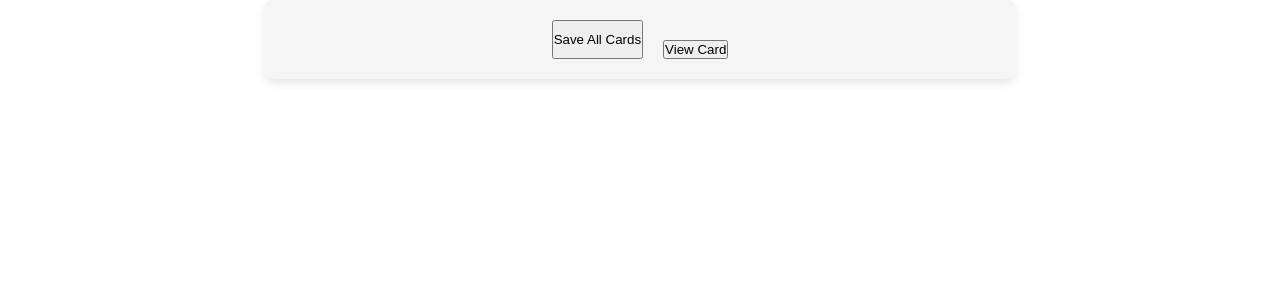
Repository: iamwhiterabbit18/TDF_INTERACTIVE_MAP
Page: /cards
The author's editor kept a copy of each file at every save. The page is drawn from the files as they stood at one save, then again after the next save.
The browser window is 1280 px wide. The pictures show the whole page.
The page's requests for data from a server got no answer. The project was rebuilt for these pictures with package versions that can differ from the ones it lists, and the page was loaded fresh each time. No one was signed in, and anything a server would have sent is missing. Also part of the build but not shown: vite.config.js, src/App.css, src/Pages/Admin/edit/ModalsEdit.jsx, src/Pages/Admin/edit/styles/AudioManagement.module.scss, src/Pages/Admin/edit/AudioUpload.jsx, src/Pages/Admin/edit/AudioManagement.jsx.

Above is the page before, as saved 2024-10-07 17:02:41.

### src/index.js
import React from 'react';
import ReactDOM from 'react-dom/client';
import './index.css';
import App from './Admin.jsx';
import reportWebVitals from './reportWebVitals.js';

import "slick-carousel/slick/slick.css";
import "slick-carousel/slick/slick-theme.css";

const root = ReactDOM.createRoot(document.getElementById('root'));
root.render(
  <React.StrictMode>
    <App />
  </React.StrictMode>
);

// If you want to start measuring performance in your app, pass a function
// to log results (for example: reportWebVitals(console.log))
// or send to an analytics endpoint. Learn more: https://bit.ly/CRA-vitals
reportWebVitals();

### src/index.css
*{
    box-sizing: border-box;
    padding: 0;
    margin: 0;
}

body{
    width: 100vw;
    height: 100vh;
    overflow: auto; /*change from hidden because editing page affected scrolling */
}

### src/Admin.jsx
import { BrowserRouter as Router, Route, Routes } from 'react-router-dom';
import './App.css';
import Cards from './Pages/Admin/edit/CardsEdit';
import Modal from './Pages/Admin/edit/ModalsEdit';
import Audio from './Pages/Admin/edit/AudioManagement';


import 'slick-carousel/slick/slick.css';
import 'slick-carousel/slick/slick-theme.css';


function App() {
  return (
    <Router>
      <Routes>
        <Route path='cards' element={<Cards />} />{/* New route for displaying the CardsEdit */}
        <Route path='/modal' element={<Modal />} /> {/* New route for displaying the ModalsEdit */}
        <Route path='audio' element={<Audio />} /> {/* New route for displaying the Audio Management */}

      </Routes>
    </Router>
  );
}

export default App;

### src/Pages/Admin/edit/CardsEdit.jsx
import React, { useState, useEffect } from 'react';
import './styles/CardsEdit.scss';
//import { useParams } from 'react-router-dom';
import { useNavigate } from 'react-router-dom';
import axios from 'axios';

const Cards = () => {
  //const { id } = useParams(); // Get the card ID from the route
  const [cards, setCards] = useState([]);  // Stores the current card data
  const [originalCards, setOriginalCards] = useState([]); // Stores the original data

  const placeholderImage = "https://via.placeholder.com/150"; // URL for a placeholder image

  // Fetch cards from the database
  const fetchCards = async () => {
    try {
      const response = await axios.get('http://localhost:5000/api/cards');
      const data = response.data;
      // If there are fetched cards, update the state; otherwise, keep initial cards
      if (data.length > 0) {
        setCards(data);
        setOriginalCards(data); // Store the original fetched data
      }
    } catch (error) {
      console.error('Error fetching all cards:', error);
    }
  };

  useEffect(() => {
    fetchCards();
  }, []);

  // Handle image upload for card
  const handleImageUpload = (e, cardId) => {
    const file = e.target.files[0];
    console.log('File selected:', file);

    if (file) {
      const imageUrl = URL.createObjectURL(file); // Create a local URL for the uploaded image
      console.log('Image URL created:', imageUrl);
      // Update the card state with the new image URL
      setCards(prevCards =>
        prevCards.map(card =>
          card._id === cardId ? { ...card, image: imageUrl, file } : card
        )
      );
    } else {
        console.error('No file selected'); // Debugging log
    }
  };
  // Handle quick facts update for card
  const handleQuickFactsChange = (e, cardId) => {
    const newQuickFacts = e.target.value;

    // Update the card state
    setCards(prevCards =>
      prevCards.map(card =>
        card._id === cardId ? { ...card, quickFacts: newQuickFacts } : card
      )
    );
  };
// Handle submit to save only changed cards to the database
const handleSubmit = async (e) => {
    e.preventDefault(); // Prevent default form submission

    let changesMade = false; // Flag to track if any changes are made

    try {
      for (const card of cards) {
        const originalCard = originalCards.find((c) => c._id === card._id); // Get the original card

        // Compare the current card with the original card to see if there are changes
        const hasChanges =
          card.quickFacts !== originalCard.quickFacts ||
          card.file; // Check if a new file was uploaded

        if (hasChanges) {
            changesMade = true; // Set the flag to true if changes are detected
          const formData = new FormData();
          formData.append('areaName', card.areaName); // Area name is fixed
          formData.append('quickFacts', card.quickFacts);
          if (card.file) {
            formData.append('image', card.file); // Include the actual file object
          }

          // Update the card with changes
          const response = await axios.put(`http://localhost:5000/api/cards/${card._id}`, formData, {
            headers: {
              'Content-Type': 'multipart/form-data',
            },
          });

          if (response.status !== 200) {
            throw new Error('Failed to save card data');
          }
        }
      }
        // Show appropriate message based on whether changes were made
    if (changesMade) {
        alert('Data saved successfully!'); // Show success message
        window.location.reload(); // Reload the page after successful save
      } else {
        alert('No changes in Card Data'); // Show message if no changes were detected
      }
    } catch (error) {
      console.error('Error saving card data:', error);
      alert('Error saving data. Please try again.'); // Optional: Show error message
    }
  };

  const navigate = useNavigate();
  const handleCardDisplayClick = () => {
    navigate(`/`); // Navigate to the specific card display page
  };



  return (
    <div className="cards-container">
      <form onSubmit={handleSubmit}>
        {cards.map(card => (
          <div key={card._id} className="card">
            <h3>{card.areaName}</h3> {/* Fixed Area Name */}

            <div className="image-upload">
              <label htmlFor={`image-upload-${card._id}`}>Upload Image</label>
              <input
                type="file"
                accept="image/"
                id={`image-upload-${card._id}`}
                onChange={(e) => handleImageUpload(e, card._id)}
              />
              {card.image && <img src={`http://localhost:5000${card.image || placeholderImage}`} alt="Uploaded preview" />}
            </div>

            <div className="quick-facts">
              <label htmlFor={`quick-facts-${card._id}`}>Quick Facts:</label>
              <textarea
                id={`quick-facts-${card._id}`}
                value={card.quickFacts}
                onChange={(e) => handleQuickFactsChange(e, card._id)}
              />
            </div>
            {/* Button to open the modal for editing */}

          </div>
        ))}
        <button type="submit">Save All Cards</button> {/* Submit button */}
        <div className='navigation-button'>
        <button onClick={handleCardDisplayClick}>View Card</button>
       </div>
      </form>
      </div>




  );
};

export default Cards;

### src/Pages/Admin/edit/styles/CardsEdit.scss
.cards-container {
  display: flex; // Flexbox for layout
  flex-direction: column; // Column layout for the container
  align-items: center; // Center align items horizontally
  padding: 20px; // Padding around the container
  background-color: #f5f5f5; // Light background color
  border-radius: 8px; // Rounded corners
  box-shadow: 0 4px 10px rgba(0, 0, 0, 0.1); // Subtle shadow for depth
  max-width: 750px; // Max width for the container
  max-height: auto;
  margin: 0 auto; // Center the container horizontally

  form {
    display: flex; // Use flexbox for form layout
    flex-wrap: wrap; // Allow wrapping of cards into new lines
    justify-content: center; // Center align cards
    gap: 20px; // Space between cards
    max-width: 100%; // Ensure form does not exceed container width
    overflow: hidden; // Prevent overflow of cards
  }

  .card {
    background-color: #ffffff; // White background for each card
    border: 1px solid #dddddd; // Light border for separation
    border-radius: 6px; // Slightly rounded corners
    padding: 10px; // Padding inside each card
    width: 220px; // Fixed width for each card
    box-shadow: 0 2px 5px rgba(0, 0, 0, 0.1); // Light shadow for each card
    transition: box-shadow 0.3s; // Smooth transition for shadow
    position: relative; // Ensure cards are positioned correctly

    // Hover effect for cards
    &:hover {
      box-shadow: 0 4px 10px rgba(0, 0, 0, 0.2); // Increase shadow on hover
    }

    h3 {
      font-size: 16px; // Font size for area name
      margin-bottom: 8px; // Space below the title
      color: #333; // Dark text color
      text-align: left; // Left align the title
    }

    .image-upload {
      display: flex; // Flexbox for image upload layout
      flex-direction: column; // Column layout for label and input
      margin-bottom: 10px; // Space below image upload

      label {
        margin-bottom: 5px; // Space below label
        font-weight: bold; // Bold label text
        color: #555; // Gray color for labels
      }

      input {
        border: 1px solid #dddddd; // Light border
        border-radius: 4px; // Rounded corners
        padding: 5px; // Padding inside input
        font-size: 14px; // Font size for input
        outline: none; // Remove outline
        transition: border-color 0.3s; // Smooth transition for border color

        // Focus effect
        &:focus {
          border-color: #007bff; // Change border color on focus
        }
      }

      img {
        margin-top: 5px; // Space above the uploaded image
        max-width: 100%; // Responsive image width
        border-radius: 4px; // Rounded corners for images
      }
    }

    .quick-facts {
      label {
        margin-bottom: 5px; // Space below label
        font-weight: bold; // Bold label text
        color: #555; // Gray color for labels
      }

      textarea {
        width: 100%; // Full width of the container
        height: 80px; // Fixed height for textarea
        border: 1px solid #dddddd; // Light border
        border-radius: 4px; // Rounded corners
        padding: 5px; // Padding inside textarea
        font-size: 14px; // Font size for textarea
        outline: none; // Remove outline
        transition: border-color 0.3s; // Smooth transition for border color

        // Focus effect
        &:focus {
          border-color: #007bff; // Change border color on focus
        }
      }
    }

    button {
      background-color: #007bff; // Primary button color
      color: white; // Button text color
      border: none; // Remove border
      border-radius: 4px; // Rounded corners
      padding: 8px 12px; // Padding inside button
      font-size: 14px; // Font size for button
      cursor: pointer; // Pointer cursor on hover
      transition: background-color 0.3s; // Smooth transition for background color

      // Hover effect
      &:hover {
        background-color: #0056b3; // Darker shade on hover
      }
    }
  }

  .navigation-button {
    margin-top: 20px; // Space above navigation button
    display: flex; // Flexbox for layout
    justify-content: center; // Center the button
  }
}

### src/Pages/Admin/edit/styles/AudioUpload.module.scss
/* UserModal.jsx scss */

@import "../../../Users/landing/signInModule/global.scss";
@import "../../../Users/landing/signInModule/stylesVariables.scss";

.modalContent {
    align-items: center;
    background-color: $tertiary;
    border-radius: 10px;
    display: flex;
    flex-direction: column;
    margin: 0 20px;
    max-width: 350px;
    padding: 20px;
    // width: 100%;

    .close { // adapts styles from global
        position: absolute;

        img {
            height: 15px;
            width: 15px;
        }
    }

    .header {
        background-color: $secondary;
        border-radius: 0 0 50px 50px;
        text-align: center;
        margin: -20px 0 20px 0;
        padding: 10px 20px;
        width: 70%;

        .txtTitle {
            color: $tertiary;
            font-size: 25px;
        }
    }

    .form {
        justify-content: center;
        width: 100%;

        .customLabel {
          align-items: center;
          display: flex;
          gap: 20px;
          justify-content: center;
          margin-bottom: 20px;

          .browseBtn {
            background-color: $primary;
            border-radius: 30px;
            color: $tertiary;
            font-family: $title;
            padding: 5px 15px;
            transition: all 0.2s ease-in-out;

            &:hover {
              scale: 1.1;
            }
          }
          .fileName {
            border: 1.5px solid black;
            border-radius: 5px;
            padding: 2px 15px;
          }

          input {
            opacity: 0;
            position: absolute;
            cursor: pointer;
          }

        }

        .btns {
          align-items: center;
          display: flex;
          justify-content: center;
          gap: 20px;

          .saveBtn, .cancelBtn {
            border-radius: 30px;
            font-size: 15px;
            padding: 2px 35px;
            transition: all 0.2s ease-in-out;
            cursor: pointer;

            &:hover {
              scale: 1.1;
            }
          }

          .saveBtn {
            background-color: $primary;
            color: $tertiary;
          }

          .cancelBtn {
            background-color: $outOfFocus;
          }
        }
    }
}

### src/Pages/Users/landing/signInModule/global.scss

@import './stylesVariables.scss';

a {
    text-decoration: none;
    color: inherit;
}

/* navigation global styles */

ul {
    padding: 0;
}

li {
    cursor: pointer;
}

/* all kind of input box global styles */



/* label, title and subTitle global styles */

label, .txtTitle, .txtSubTitle {
    color: $secondary;
}

.txtTitle {
    font-family: $title;
    font-size: 2.525rem;
}

.txtSubTitle {
    font-family: $subTitle;
}

/* close/return icons */

.return {
    align-self: flex-start;
    align-items: center;
    background-color: $outOfFocus;
    border-radius: 50px;
    cursor: pointer;
    display: flex;
    height: 50px;
    justify-content: center;
    transition: 0.2s ease-in-out;
    width: 50px;

    img {
        height: 25px;
        filter: invert(10%) sepia(33%) saturate(3192%) hue-rotate(225deg) brightness(81%) contrast(100%);
        transition: all 0.2s ease-in-out;
        width: 25px;
    }
}

.return:hover {
    background-color: $secondary;

    img {
        filter: invert(30%) sepia(72%) saturate(1526%) hue-rotate(240deg) brightness(101%) contrast(90%);
    }
}

// modal boxes ( nav list items )

.close {
    align-self: flex-end;
    align-items: center;
    // background-color: $outOfFocus;
    border-radius: 50px;
    cursor: pointer;
    display: flex;
    justify-content: center;

    img {
        height: 25px;
        filter: invert(10%) sepia(33%) saturate(3192%) hue-rotate(225deg) brightness(81%) contrast(100%);
        transition: all 0.2s ease-in-out;
        width: 25px;
    }
}

.close:hover {
    img {
        filter: invert(30%) sepia(72%) saturate(1526%) hue-rotate(240deg) brightness(101%) contrast(90%);
    }
}

// image slider global styles

.arrowBtn {
    color: $tertiary;
    cursor: pointer;
    font-size: 50px;
    position: absolute;
    z-index: 1;
    transition: all 0.3s ease-in-out;
    user-select: none;
}

.arrowBtn:hover{
    color: $primary;
    scale: 1.125;
}

### src/Pages/Users/landing/signInModule/stylesVariables.scss
/* import font styles */
@import url('https://fonts.googleapis.com/css2?family=Lalezar&display=swap');
@import url('https://fonts.googleapis.com/css2?family=Noto+Sans+Lao:wght@100..900&display=swap');

/* for setting animations */
@keyframes fadeIn {
    0% { opacity: 0; }
    100% { opacity: 1; }
}

@keyframes fadeOut {
    100% { opacity: 1; }
    0% { opacity: 0; }
}


/* Global variables */
    /* color pallete */
    $primary: rgb(131, 83, 226); // #8353E2
    $secondary: rgb(23, 21, 59); // #17153B
    $tertiary: rgb(255, 255, 255); // #FFFFFF
    $outOfFocus: rgb(210, 210, 210); //#D2D2C9
    $guest: rgb(0, 189, 214); // #00BDD6
    // Active Star Color Hex #FFC107

    /* font styles */
    $title: "Lalezar", system-ui;
    $subTitle: "Noto Sans Lao", sans-serif;

### src/Pages/Admin/edit/styles/ModalsEdit.scss
.modal-overlay {
  display: flex;
  justify-content: center;
  align-items: center;
  position: fixed;
  top: 0;
  left: 0;
  width: 100%;
  height: 100%;
  background-color: rgba(0, 0, 0, 0.5); /* Semi-transparent background */
  z-index: 1000; /* Ensure it appears above other content */
}

.modal-editing-section {
  background-color: white;
  padding: 20px;
  border-radius: 8px;
  width: 500px; /* Set a width for the modal */
  max-height: 90vh; /* Set a maximum height for the modal */
  overflow-y: auto; /* Allow vertical scrolling if content exceeds max height */

  h2 {
    margin-bottom: 10px; /* Space below the heading */
    font-size: 1.5rem; /* Heading size */
    color: #333; /* Dark color for the heading */
  }

  h3 {
    margin-bottom: 15px; /* Space below the title */
    font-size: 1.2rem; /* Title size */
    color: #555; /* Slightly lighter color for the title */
  }

  label {
    display: block; /* Make labels block elements */
    margin-bottom: 8px; /* Space below labels */
    font-weight: bold; /* Bold labels */
  }

  textarea {
    width: 100%; /* Full width for inputs */
    padding: 10px; /* Padding inside inputs */
    border: 1px solid #ccc; /* Border for inputs */
    border-radius: 4px; /* Rounded corners */
    margin-bottom: 20px; /* Space below inputs */
    box-sizing: border-box; /* Ensure padding and border are included in width */
  }

  .image-upload-container {
    margin-bottom: 20px; /* Space below image upload section */

    h3 {
      margin-bottom: 10px; /* Space below subheading */
    }

    input[type='file'] {
      display: block; /* Ensure the file input is displayed as block */
      margin-bottom: 10px; /* Space below the input */
    }
  }

.image-carousel {
  margin-top: 20px; /* Space above carousel */
  width: 100%;
  max-width: 400px; /* Adjust based on your layout */
  margin: 0 auto;
  padding: 10px;
  border: 1px solid black;

  .slick-slide {
    display: flex;
      justify-content: center;
      align-items: center;
  }

  .carousel-image {
    width: 100%;
    height: 100%; /* Ensures image fills the carousel slide */
    object-fit: cover; /* Ensures uniform image display while maintaining aspect ratio */
    border-radius: 10px;
    box-shadow: 0 2px 8px rgba(0, 0, 0, 0.15);

  }
}


  button {
    margin: 10px;
    padding: 10px 15px; /* Padding inside buttons */
    border-radius: 4px; /* Rounded corners */
    cursor: pointer; /* Pointer cursor for buttons */
    transition: background-color 0.3s; /* Transition for hover effect */

  }
}

Loaded but not shown: public/index.html (common file); src/reportWebVitals.js (common file)

After the next save:
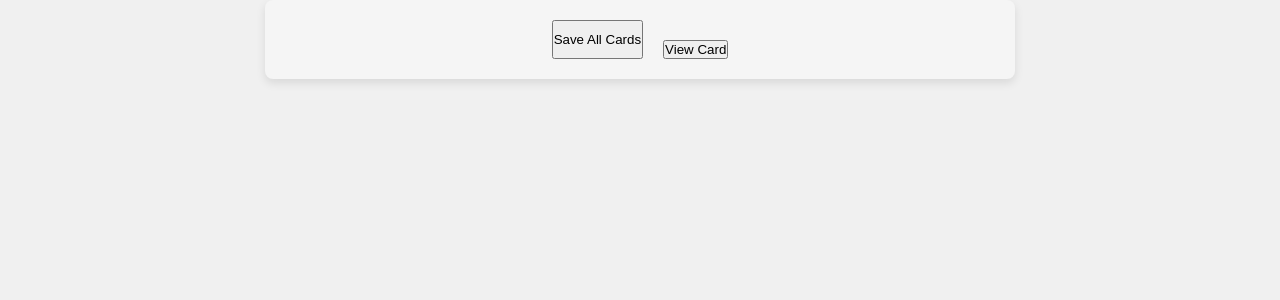
Saved 7 s later.
--- a/src/Pages/Admin/edit/styles/ModalsEdit.scss
+++ b/src/Pages/Admin/edit/styles/ModalsEdit.scss
@@ -1,3 +1,71 @@
+body {
+  height: 100vh; // Full viewport height
+ // display: flex; // Flexbox for centering
+  justify-content: center; // Center horizontally
+  align-items: center; // Center vertically
+  margin: 0; // Remove default margin
+  background-color: #f0f0f0; // Optional background color for contrast
+}
+.modal-container {
+  padding: 20px; // Space around the container
+  background-color: #f9f9f9; // Light background color
+  border-radius: 8px; // Rounded corners
+  box-shadow: 0 4px 8px rgba(0, 0, 0, 0.1); // Subtle shadow for depth
+  max-width: 600px; // Maximum width for the modal container
+  margin: auto; // Center the container horizontally
+
+  h1 {
+    font-size: 24px; // Title font size
+    margin-bottom: 15px; // Space below the title
+    color: #333; // Dark text color
+    text-align: center; // Center the title
+  }
+
+  .modals-list {
+    display: grid; // Use grid layout for two columns
+    grid-template-columns: repeat(2, 1fr); // Create two equal columns
+    gap: 15px; // Space between modal items
+
+    div {
+      display: flex; // Flexbox for modal item layout
+      justify-content: space-between; // Space between title and button
+      align-items: center; // Center align items vertically
+      padding: 8px; // Padding inside each modal item
+      background-color: #fff; // White background for each item
+      border-radius: 5px; // Slightly rounded corners
+      box-shadow: 0 2px 4px rgba(0, 0, 0, 0.1); // Light shadow for each item
+      transition: background-color 0.3s; // Smooth transition for background color
+
+      // Hover effect
+      &:hover {
+        background-color: #e6f0ff; // Light blue background on hover
+      }
+
+      h3 {
+        font-size: 16px; // Smaller title font size
+        margin: 0; // Remove default margin
+        color: #555; // Slightly lighter text color
+      }
+
+      button {
+        padding: 6px 10px; // Button padding
+        background-color: #007bff; // Primary button color
+        color: white; // Button text color
+        border: none; // Remove default border
+        border-radius: 4px; // Rounded button corners
+        cursor: pointer; // Pointer cursor on hover
+
+        &:hover {
+          background-color: #0056b3; // Darker shade on hover
+        }
+      }
+    }
+  }
+}
+
+
+
+
 .modal-overlay {
   display: flex;
   justify-content: center;
